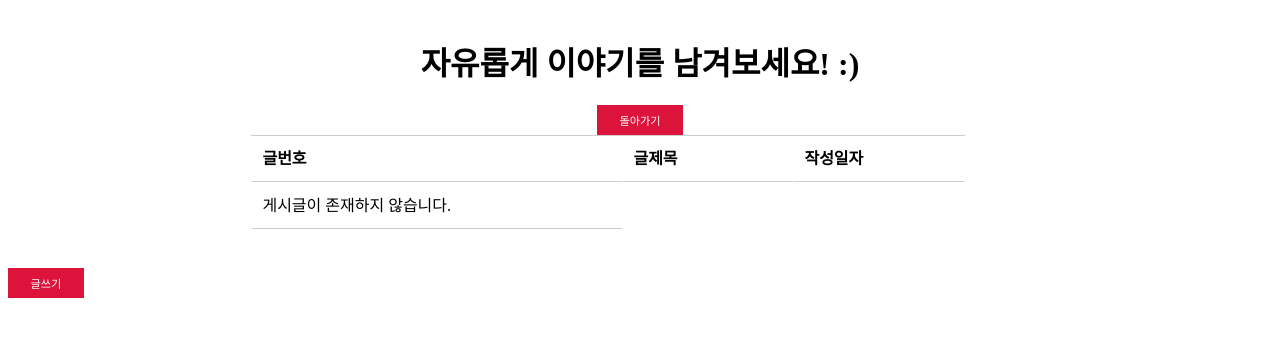
Repository: minkyung0421/NMT_Project
Page: http://localhost/MyPage_Project/list.jsp
An editor plug-in stored every save of this project. The page is shown before and after the next save, followed by the edit.
The browser window is 1280 px wide. The pictures show the whole page.
The page is served by Tomcat 9. Queries for data that is not in the repository find no rows.

Above is the page before, as saved 2018-08-30 23:15:10.

### NMT_Project/MyPage_Project/WebContent/list.jsp
<%@ page language="java" contentType="text/html; charset=UTF-8"
    pageEncoding="UTF-8"%>
<%@ page import="java.sql.*" %>
<!DOCTYPE html PUBLIC "-//W3C//DTD HTML 4.01 Transitional//EN" "http://www.w3.org/TR/html4/loose.dtd">
<html>
<head>
<meta http-equiv="Content-Type" content="text/html; charset=UTF-8">
<title>List</title>
<style>

	table.type04 {
    border-collapse: separate;
    border-spacing: 1px;
    text-align: left;
    line-height: 1.5;
    border-top: 1px solid #ccc;
  	margin-right: 5%;

}
table.type04 th {
    width: 150px;
    padding: 10px;
    font-weight: bold;
    vertical-align: top;
    border-bottom: 1px solid #ccc;
}
table.type04 td {
    width: 350px;
    padding: 10px;
    vertical-align: top;
    border-bottom: 1px solid #ccc;
}




      .Btn{margin:30px auto 0; width:100px;}

      button{
        background:crimson;
        color:#fff;
        border:none;
        position:relative;
        height:30px;
        font-size:0.7em;
        padding:0 2em;
        cursor:pointer;
        transition:800ms ease all;
        outline:none;
      }
      button:hover{
        background:#fff;
        color:crimson;
      }
      button:before,button:after{
        content:'';
        position:absolute;
        top:0;
        right:0;
        height:2px;
        width:0;
        background: crimson;
        transition:400ms ease all;
      }
      button:after{
        right:inherit;
        top:inherit;
        left:0;
        bottom:0;
      }
      button:hover:before,button:hover:after{
        width:100%;
        transition:800ms ease all;
      }



</style>
</head>
<body>
 <center><h1 style = "margin-top:3%">자유롭게 이야기를 남겨보세요! :)</h1>
        <a href = "index.jsp"><button>돌아가기</button></a></center>
<%

	Class.forName("com.mysql.jdbc.Driver"); //mysql연동
	String url = "jdbc:mysql://localhost:3306/blog?useUnicode=true&amp;characterEncoding=UTF-8"; //mysql 데이터베이스명
	String mysql_id = "root"; //mysql id
	String mysql_pw = "1234"; //mysql pw
	int total = 0;

	try{
		Connection conn = DriverManager.getConnection(url, mysql_id, mysql_pw);
		Statement stmt = conn.createStatement();
		String totalSql = "select count(*) from board;"; //총 글 갯수
		ResultSet rs = stmt.executeQuery(totalSql);

		if(rs.next()){
			total = rs.getInt(1);
		}

		String listSql = "select board_no, board_title, board_date from board;"; //전체리스트
		rs = stmt.executeQuery(listSql);

		//오류가 없을 시
		%>
		<center>
		<table class="type04">
			<tr>
				<th>글번호</th>
				<th>글제목</th>
				<th>작성일자</th>
			<tr>
			<%
			if(total==0){
			%>
			<tr>
				<td>게시글이 존재하지 않습니다.</td>
			</tr>
			<%
			//total이 0이 아닐때
			}else{
				while(rs.next()){
					int board_no = rs.getInt(1);
					String board_title = rs.getString(2);
					String board_date = rs.getString(3);

					//리스트 출력
			%>
			<tr>
				<th scope="row"><%=board_no %></th>
        		<td><a href="Detail.jsp?board_no=<%=board_no%>"><%= board_title %></a></td>
				<td><%= board_date %></td>
			</tr>
			<%
				}
			}
			rs.close();
			conn.close();
			stmt.close();
	}catch(SQLException e){
		out.println(e.toString());
	}
%>
</table>
</center>
<a href = "Write.jsp"><button style = "margin-top:3%;s">글쓰기</button></a>
</body>
</html>

After the next save:
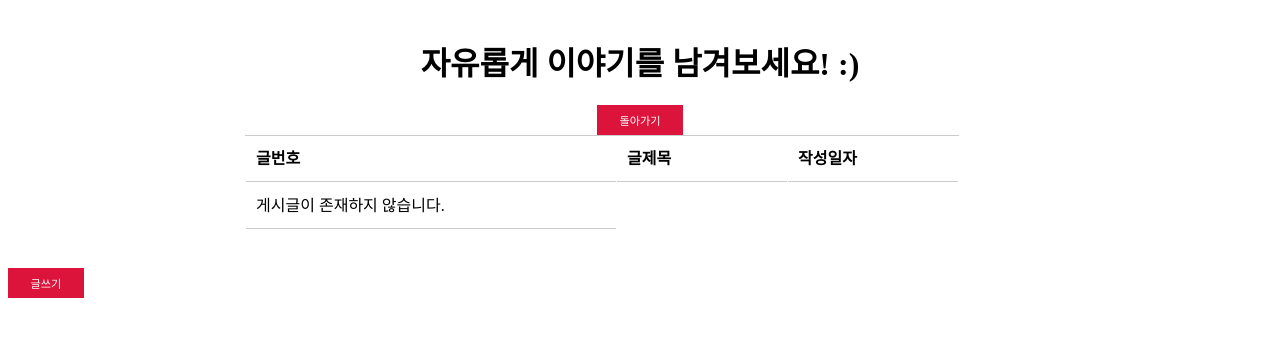
Saved 26 s later.
--- a/NMT_Project/MyPage_Project/WebContent/list.jsp
+++ b/NMT_Project/MyPage_Project/WebContent/list.jsp
@@ -14,7 +14,7 @@
     text-align: left;
     line-height: 1.5;
     border-top: 1px solid #ccc;
-  	margin-right: 5%;
+  	margin-right: 6%;
 
 }
 table.type04 th {
